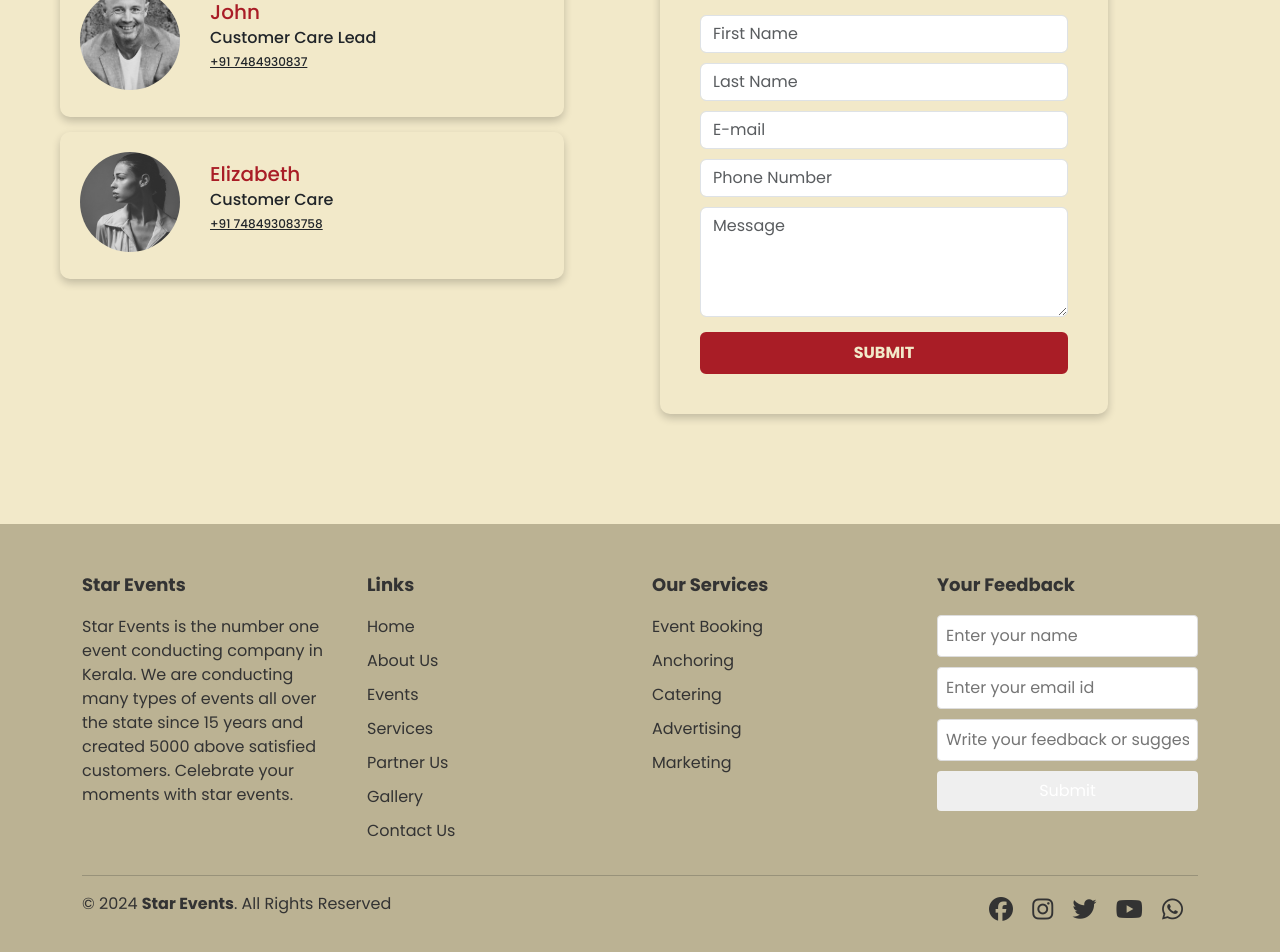
Repository: SharonSebastian32/Event-Management-System-
Page: index.html
These files come from the project's save history. The page is drawn as it stood at one moment and after a run of saves; the edit follows.
The browser window is 1280 px wide. The pictures show the part of the page from y = 4477 to 5429 px (the page is 5429 px tall).
A picture or video elsewhere on the page could not be fetched, so the positions and the page height are approximate. Some web libraries are served in a nearby version.

Above is the page before, as saved 2024-09-06 12:44:06.
Not found: assets/css/ContactUs.css

### index.html
<!DOCTYPE html>
<html lang="en">
  <head>
    <meta charset="UTF-8" />
    <meta name="viewport" content="width=device-width, initial-scale=1.0" />
    <link rel="icon" type="image/x-icon" href="./Assets/images/aa.png" />
    <title>Star Events</title>
    <link
      rel="stylesheet"
      href="https://cdnjs.cloudflare.com/ajax/libs/font-awesome/5.15.4/css/all.min.css"
    />
    <link rel="stylesheet" href="./Css/Styles.css" />

    <!-- conatct us  style -->
    <link rel="stylesheet" href="/assets/css/ContactUs.css" />
    <link
      href="https://cdn.jsdelivr.net/npm/bootstrap@5.3.0/dist/css/bootstrap.min.css"
      rel="stylesheet"
    />

    <!-- footer link  style   -->
    <link
      rel="stylesheet"
      href="https://cdnjs.cloudflare.com/ajax/libs/font-awesome/6.6.0/css/all.min.css"
      integrity="sha512-Kc323vGBEqzTmouAECnVceyQqyqdsSiqLQISBL29aUW4U/M7pSPA/gEUZQqv1cwx4OnYxTxve5UMg5GT6L4JJg=="
      crossorigin="anonymous"
      referrerpolicy="no-referrer"
    />
  </head>
  <body>
    <!-- hero section start -->
    <nav>
      <div class="nav-container">
        <div class="logo">
          <a href="#home">
            <img src="./Assets/images/aa.png" alt="Event Management Logo" />
          </a>
        </div>
        <ul class="nav-links">
          <li><a href="#home">HOME</a></li>
          <li><a href="#about">ABOUT US</a></li>
          <li><a href="#events-sect">EVENTS</a></li>
          <li><a href="#services">SERVICES</a></li>
          <li><a href="#partners us">PARTNERS US</a></li>
          <li><a href="#gallery">GALLERY</a></li>
          <li><a href="#contact-us">CONTACT US</a></li>
        </ul>
        <div class="sign-in">
          <a href="#login">SIGN IN</a>
        </div>
      </div>
    </nav>

    <!-- Section for Event Management Video -->
    <section class="video-section">
      <video autoplay muted loop>
        <source src="./Assets/videos/aa.mp4" type="video/mp4" />
        Your browser does not support the video tag.
      </video>
    </section>

    <!-- hero section end -->

    <!-- about us section  start-->
    <section id="about" class="about-us-section">
      <div class="about-container">
        <div class="about-text">
          <h2>ABOUT US</h2>
          <p>
            We are a leading event management company specializing in creating
            unforgettable experiences for our clients. With a team of passionate
            professionals, we bring ideas to life and turn your vision into
            reality.
          </p>
          <p>
            Whether it’s a corporate event, wedding, or private celebration, our
            attention to detail and personalized approach ensures that every
            event is a success.
          </p>
        </div>
        <div class="about-image">
          <img src="./Assets/images/about-us.jpg" alt="About Us" />
        </div>
      </div>
    </section>
    <!-- about us section  ends-->

    <!-- events section start -->

    <section id="events-sect" style="background-color: #f2e9c9">
      <center>
        <h1
          style="font-size: 45px; color: #a91d26; padding-top: 10px"
          data-aos="zoom-in"
        >
          EVENTS
        </h1>
        <form class="search-form" data-aos="flip-down">
          <input
            type="text"
            name="search"
            id="search"
            placeholder="Search events by name, category, price"
            data-aos="flip-down"
          />
          <button type="submit">Search</button>
        </form>
      </center>
      <div class="event-container" id="event-container">
        <!-- Event cards will be injected here by JavaScript -->
      </div>
      <div id="event-modal" class="modal" data-aos="fade-in">
        <div class="modal-content">
          <span class="close">&times;</span>
          <h2>Event Details</h2>
          <p id="event-description">Details will be displayed here.</p>
          <br />
          <a
            href="https://sharonsebastian32.github.io/razorpaypaymentgateway_implementation/"
            target="_blank"
          >
            <button class="view-details-btn">Register Now</button>
          </a>
        </div>
      </div>
    </section>

    <!-- events section end -->

    <!-- conatct us section -->
    <div class="container-fluid contact_us" id="contact-us">
      <h2>CONTACT-US</h2>
      <h6>Our team of customer care is ready to hear from you.</h6>

      <div class="row main_section">
        <div class="col-md-6 section1">
          <h3>Customer Care</h3>
          <p>
            Not sure where to start? Need help adding that extra mojo to your
            landing page? Just visit our
            <span>hepl center</span> or get in touch with us:
          </p>
          <div class="customer_care">
            <div class="customer_care_profile">
              <div class="profile_img">
                <img src="./Assets/images/men.jpg" alt="customer_care" />
              </div>
              <div class="profile_details">
                <h5>John</h5>
                <h6>Customer Care Lead</h6>
                <p>+91 7484930837</p>
              </div>
            </div>
            <div class="customer_care_profile">
              <div class="profile_img">
                <img src="./Assets/images/women.jpg" alt="customer_care" />
              </div>
              <div class="profile_details">
                <h5>Elizabeth</h5>
                <h6>Customer Care</h6>
                <p>+91 748493083758</p>
              </div>
            </div>
          </div>
        </div>
        <div class="col-md-6 section2">
          <h3>Reach out of us!</h3>
          <p>
            Got a question about us? Are you intereseted in partnering with us?
            Have some suggestions or just want to say Hi? Contact Us:
          </p>
          <form action="">
            <input
              class="form-control"
              type="text"
              name="first_name"
              placeholder="First Name"
              required
            />
            <input
              class="form-control"
              type="text"
              name="last_name"
              placeholder="Last Name"
              required
            />
            <input
              class="form-control"
              type="email"
              name="email"
              placeholder="E-mail"
              required
            />
            <input
              class="form-control"
              type="tel"
              name="phone"
              placeholder="Phone Number"
              required
            />
            <textarea
              class="form-control"
              name="message"
              id=""
              rows="4"
              placeholder="Message"
            ></textarea>
            <button class="btn">SUBMIT</button>
          </form>
        </div>
      </div>
    </div>
    <!-- contact us section -->

    <!-- footer section start -->
    <footer>
      <div class="container">
        <div class="row">
          <div class="col-md-3 footer-col">
            <h4>Star Events</h4>
            <p>
              Star Events is the number one event conducting company in Kerala.
              We are conducting many types of events all over the state since 15
              years and created 5000 above satisfied customers. Celebrate your
              moments with star events.
            </p>
          </div>

          <div class="col-md-3 footer-col">
            <h4>Links</h4>
            <ul>
              <li><a href="">Home</a></li>
              <li><a href="">About Us</a></li>
              <li><a href="">Events</a></li>
              <li><a href="">Services</a></li>
              <li><a href="">Partner Us</a></li>
              <li><a href="">Gallery</a></li>
              <li><a href="">Contact Us</a></li>
            </ul>
          </div>

          <div class="col-md-3 footer-col">
            <h4>Our Services</h4>
            <ul>
              <li>Event Booking</li>
              <li>Anchoring</li>
              <li>Catering</li>
              <li>Advertising</li>
              <li>Marketing</li>
            </ul>
          </div>

          <div class="col-md-3 footer-col">
            <h4>Your Feedback</h4>
            <form action="">
              <input
                type="text"
                placeholder="Enter your name"
                class="inputname"
              />
              <input
                type="email"
                placeholder="Enter your email id"
                class="inputemail"
              />
              <input
                type="text"
                placeholder="Write your feedback or suggestions"
                class="inputfs"
              />
              <input type="submit" value="Submit" class="inputSubmit" />
            </form>
          </div>
        </div>
        <hr />
        <div class="row">
          <div class="col-md-6">
            <p>&#169; 2024 <b>Star Events</b>. All Rights Reserved</p>
          </div>

          <div class="col-md-6 text-md-end socialIcons">
            <a href=""><i class="fab fa-facebook"></i></a>
            <a href=""><i class="fab fa-instagram"></i></a>
            <a href=""><i class="fab fa-twitter"></i></a>
            <a href=""><i class="fab fa-youtube"></i></a>
            <a href=""><i class="fab fa-whatsapp"></i></a>
          </div>
        </div>
      </div>
    </footer>
    <!-- footer setcion section end -->

    <script src="./Js/Scripts.js"></script>
    <script src="https://cdn.jsdelivr.net/npm/bootstrap@5.3.0/dist/js/bootstrap.bundle.min.js"></script>
  </body>
</html>

### Css/Styles.css
 @import url('https://fonts.googleapis.com/css2?family=Poppins:ital,wght@0,100;0,200;0,300;0,400;0,500;0,600;0,700;0,800;0,900;1,100;1,200;1,300;1,400;1,500;1,600;1,700;1,800;1,900&display=swap');

:root {
    --main-color: #d3ad7f;
    --black: #13131a;
    --bg: #010103;
    --border: .1rem solid rgba(255, 255, 255, .3);
}


body {
    margin: 0;
font-family: "Poppins"; }

nav {
    background-color: #f2e9c9;
    padding: 10px 20px;
}

.nav-container {
    display: flex;
    justify-content: space-between;
    align-items: center;
}

.logo img {
    height: 80px;
}

.nav-links {
    list-style-type: none;
    display: flex;
    margin: 0;
    padding: 0;
}

.nav-links li {
    margin: 0 20px;
}

.nav-links li a {
    color: #a91d26;
    text-decoration: none;
    font-weight: bold;
}

.nav-links li a:hover {
    color: #FFD700;
    /* Golden color */
}

.sign-in a {
    background-color: #FFD700;
    color: maroon;
    padding: 10px 20px;
    border-radius: 5px;
    text-decoration: none;
    font-weight: bold;
}

.sign-in a:hover {
    background-color: #FFA500;
    /* Darker golden shade */
    color: #233244;
}

/* Styling for Video Section */
.video-section {
    width: 100%;
    height: 100vh;
    /* Full viewport height */
    overflow: hidden;
    position: relative;
}

.video-section video {
    position: absolute;
    top: 0;
    left: 0;
    width: 100%;
    height: 100%;
    object-fit: cover;
    /* Ensures the video covers the entire container */
}





/* event css start */


 * {
     margin: 0;
     padding: 0;
     box-sizing: border-box;
     font-family: "Poppins";
 }


 body {
      background-color: rgb(255, 255, 220);
 }

 .event-container {
     display: flex;
     flex-direction: column;
     align-items: center;
     padding: 20px;
     width: 70%;

 }

 .event-card {
     display: flex;
     background-color: #ffffff;
     box-shadow: 0 4px 8px hwb(0 51% 46% / 0.926);
     border-radius: 10px;
     overflow: hidden;
     margin-bottom: 20px;
     width: 80%;
     max-width: 800px;
 }

 .event-card img {
     margin: 20px;
     width: 260px;
     height: 200px;
     object-fit: cover;
 }

 .event-details {
     padding: 20px;
     display: flex;
     flex-direction: column;
     justify-content: space-between;
 }

 .event-details h2 {
     font-size: 1.5em;
     margin-bottom: 10px;
 }

 .event-details p {
     margin-bottom: 8px;
     font-size: 0.95em;
 }

 .event-details a {
     color: #007BFF;
     text-decoration: none;
 }

 .event-details a:hover {
     text-decoration: underline;
 }

 .price,
 .date,
 .location {
     font-weight: bold;
 }

 .social-links a {
     margin-right: 10px;
     color: #555;
 }

 .social-links a:hover {
     color: #007BFF;
 }


 .search-form {
     display: flex;
     justify-content: center;
     align-items: center;
     margin: 20px 0;
 }

 .search-form input[type="text"] {
     padding: 10px;
     font-size: 16px;
     border: 2px solid #ccc;
     border-radius: 30px 0 0 30px;
     outline: none;
     width: 300px;
     transition: all 0.3s ease;
 }

 .search-form input[type="text"]:focus {
     border-color: #a91d26;
 }

 .search-form button {
     padding: 10px 20px;
     background-color: #a91d26;
     color: white;
     border: none;
     border-radius: 0 30px 30px 0;
     cursor: pointer;
     font-size: 16px;
     transition: background-color 0.3s ease;
 }

 .search-form button:hover {
     background-color: #480606;
 }

 .search-form button:focus {
     outline: none;
 }

 .view-details-btn {
     background-color: red;
     /* Red background */
     color: white;
     /* White text */
     padding: 5px 10px;
     /* Smaller padding */
     border: none;
     /* No border */
     cursor: pointer;
     /* Pointer on hover */
     font-size: 14px;
     /* Smaller font size */
     border-radius: 3px;
     /* Slightly rounded corners */
     margin-top: 10px;
     /* Margin at the top */
     transition: background-color 0.3s ease;
     /* Smooth hover transition */
 }

 .view-details-btn:hover {
     background-color: darkred;
     /* Darker red on hover */
 }



 /* The Modal (background) */
 .modal {
     display: none;
     /* Hidden by default */
     position: fixed;
     /* Stay in place */
     z-index: 1;
     /* Sit on top */
     left: 0;
     top: 0;
     width: 100%;
     /* Full width */
     height: 100%;
     /* Full height */
     background-color: rgba(0, 0, 0, 0.5);
     /* Black background with opacity */
 }

 /* Modal Content */
 .modal-content {
     background-color: white;
     margin: 10% auto;
     padding: 20px;
     border: 1px solid #888;
     width: 1000px;
     height: 400px;
     position: relative;
     box-shadow: 0 4px 8px rgba(0, 0, 0, 0.2);
 }

 /* Close Button */
 .close {
     color: #aaa;
     float: right;
     font-size: 28px;
     font-weight: bold;
     cursor: pointer;
 }

 .close:hover,
 .close:focus {
     color: black;
     text-decoration: none;
     cursor: pointer;
 }

/* event css end */



/* contact css start */
@import url('https://fonts.googleapis.com/css2?family=SUSE:wght@100..800&display=swap');

:root {
    --primary-color: #f2e9c9;
    --secondary-color: #233244;
    --ternay-color: #a91d26;
    --primary-font: "SUSE", sans-serif;
}

body {
    margin: 0;
    padding: 0;
    box-sizing: border-box;
    font-family: var(--primary-font);
}

.contact_us {
    background-color: var(--primary-color);
    min-height: 100vh;
    padding: 40px !important;
}

.contact_us>h2 {
    text-align: center;
    color: var(--ternay-color);
    font-weight: 700;
    letter-spacing: 3px;

}

.contact_us>h6 {
    text-align: center;
    color: var(--secondary-color);

}

.contact_us>.main_section {
    margin: 30px 0px;
    padding: 30px 0px;
}

.main_section>.section1 {
    padding: 10px 20px;
}

.main_section>.section1>h3 {
    color: var(--ternay-color);
    font-weight: 700;
}

.main_section>.section1>p {
    color: var(--secondary-color);
    font-weight: 400;
    font-size: 14px;
    max-width: 90%;
    margin-bottom: 30px;
}

.customer_care>.customer_care_profile {
    display: flex;
    padding: 20px;
    border-radius: 10px;
    margin: 15px 0px;
    max-width: 90%;
    box-shadow: 0px 4px 8px rgba(0, 0, 0, 0.2);
    cursor: pointer;
}

.customer_care>.customer_care_profile>.profile_img {
    margin-right: 30px;
    border-radius: 50%;
    width: 100px;
    height: 100px;
    overflow: hidden;

}

.customer_care>.customer_care_profile>.profile_img>img {
    object-fit: cover;
    width: 100%;
    height: 100%;
    filter: grayscale();
}

.customer_care>.customer_care_profile>.profile_details {
    margin: 10px 0px;
}

.customer_care>.customer_care_profile>.profile_details>h5 {
    color: var(--ternay-color);
    font-size: 20px;
    font-weight: 500;
    margin-bottom: 4px;
}

.customer_care>.customer_care_profile>.profile_details>h6 {
    margin-bottom: 6px;
    font-size: 16px;
}

.customer_care>.customer_care_profile>.profile_details>p {
    font-size: 12px;
    font-weight: 500;
    text-decoration: underline;

}

.main_section>.section2 {
    padding: 10px 20px;
}

.main_section>.section2>h3 {
    color: var(--ternay-color);
    font-weight: 700;
}

.main_section>.section2>p {
    color: var(--secondary-color);
    font-weight: 400;
    font-size: 14px;
    max-width: 90%;
    margin-bottom: 30px;
}

.main_section>.section2>form {
    display: flex;
    flex-direction: column;
    max-width: 80%;
    box-shadow: 0px 4px 8px rgba(0, 0, 0, 0.2);
    padding: 40px;
    border-radius: 10px;
}

.main_section>.section2>form>input {
    margin: 5px 0px;

}

.main_section>.section2>form>textarea {
    margin: 5px 0px;

}

.main_section>.section2>form>button {
    background-color: var(--ternay-color);
    color: var(--primary-color);
    margin-top: 10px;
    border: 2px solid var(--ternay-color);
    font-weight: bold;
    padding: 7px;
    transition: 0.4s ease-in-out;

}

.main_section>.section2>form>button:hover {
    background-color: var(--primary-color);
    color: var(--ternay-color);
}
 /* contact css end */




   /* About Us Section Styling */
   .about-us-section {
       display: flex;
       align-items: center;
       justify-content: center;
       padding: 50px 20px;
       background-color: #efefef;
   }

   .about-container {
       display: flex;
       flex-direction: row;
       align-items: center;
       justify-content: space-between;
       max-width: 1200px;
       width: 100%;
   }

   .about-text {
       flex: 1;
       margin-right: 20px;
       max-width: 600px;
       /* Limits the width of the text block */
   }

   .about-text h2 {
       font-size: 2.5rem;
       color: #333;
   }

   .about-text p {
       font-size: 1.1rem;
       color: #555;
       line-height: 1.6;
       text-align: justify;
       /* Makes the paragraph text aligned in a block */
       margin-bottom: 20px;
       /* Consistent space between paragraphs */
   }

   .about-image {
       flex: 1;
       text-align: right;
   }

   .about-image img {
       max-width: 100%;
       height: auto;
       border-radius: 10px;
   }




   /* footer section */
           footer {
               background-color: #bbb293;
               padding: 50px 0 20px;
               color: #333;
           }

           .footer-col h4 {
               font-size: 18px;
               font-weight: bold;
               margin-bottom: 20px;
           }

           .footer-col ul {
               list-style-type: none;
               padding-left: 0;
           }

           .footer-col ul li {
               margin-bottom: 10px;
           }

           .footer-col ul li a {
               color: #333;
               text-decoration: none;
           }

           .footer-col ul li a:hover {
               color: #007bff;
           }

           .footer-col input {
               width: 100%;
               margin-bottom: 10px;
               padding: 8px;
               border: 1px solid #ddd;
               border-radius: 4px;
           }

           .footer-col .inputSubmit {

          color: var(--primary-color);
                   color: white;
               border: none;
               cursor: pointer;
           }

           .footer-col .inputSubmit:hover {
               background-color: #0056b3;
           }

           hr {
               margin: 30px 0;
           }

           .socialIcons a {
               color: #333;
               font-size: 24px;
               margin-right: 15px;
           }

           .socialIcons a:hover {
               color: #007bff;
           }

           @media (max-width: 767px) {
               .footer-col {
                   margin-bottom: 30px;
               }
           }

### Js/Scripts.js
document.addEventListener("DOMContentLoaded", () => {
  fetch("../json/events.json")
    .then((response) => response.json())
    .then((data) => renderEvents(data))
    .catch((error) => console.error("Error loading events:", error));

  const modal = document.getElementById("event-modal");
  const closeBtn = document.querySelector(".close");

  closeBtn.onclick = function () {
    modal.style.display = "none";
  };

  window.onclick = function (event) {
    if (event.target === modal) {
      modal.style.display = "none";
    }
  };
});

function renderEvents(events) {
  const eventContainer = document.getElementById("event-container");
  events.forEach((event) => {
    const eventCard = document.createElement("div");
    eventCard.classList.add("event-card");

    eventCard.innerHTML = `
      <img src="${event.thumbnail}" alt="${event.eventName}">
      <div class="event-details">
        <h2>${event.eventName}</h2>
        <p class="date"><strong>Date:</strong> ${new Date(
          event.date
        ).toLocaleDateString()}</p>
        <p class="time"><strong>Time:</strong> ${new Date(
          event.startTime
        ).toLocaleTimeString()} - ${new Date(
      event.endTime
    ).toLocaleTimeString()}</p>
        <p class="location"><strong>Location:</strong> ${
          event.location.venueName
        }, ${event.location.city}, ${event.location.state}, ${
      event.location.country
    }</p>
        <p class="price"><strong>Price:</strong> ₹${event.price.basePrice}</p>
        <button class="view-details-btn">View Details</button>
      </div>
    `;

    eventContainer.appendChild(eventCard);

    const viewDetailsBtn = eventCard.querySelector(".view-details-btn");
    viewDetailsBtn.addEventListener("click", () => {
      document.getElementById(
        "event-description"
      ).textContent = `More details about ${event.eventName}...`;
      document.getElementById("event-modal").style.display = "block";
    });
  });
}

Loaded but not shown: json/events.json (837 lines, source omitted)

After the next 4 saves:
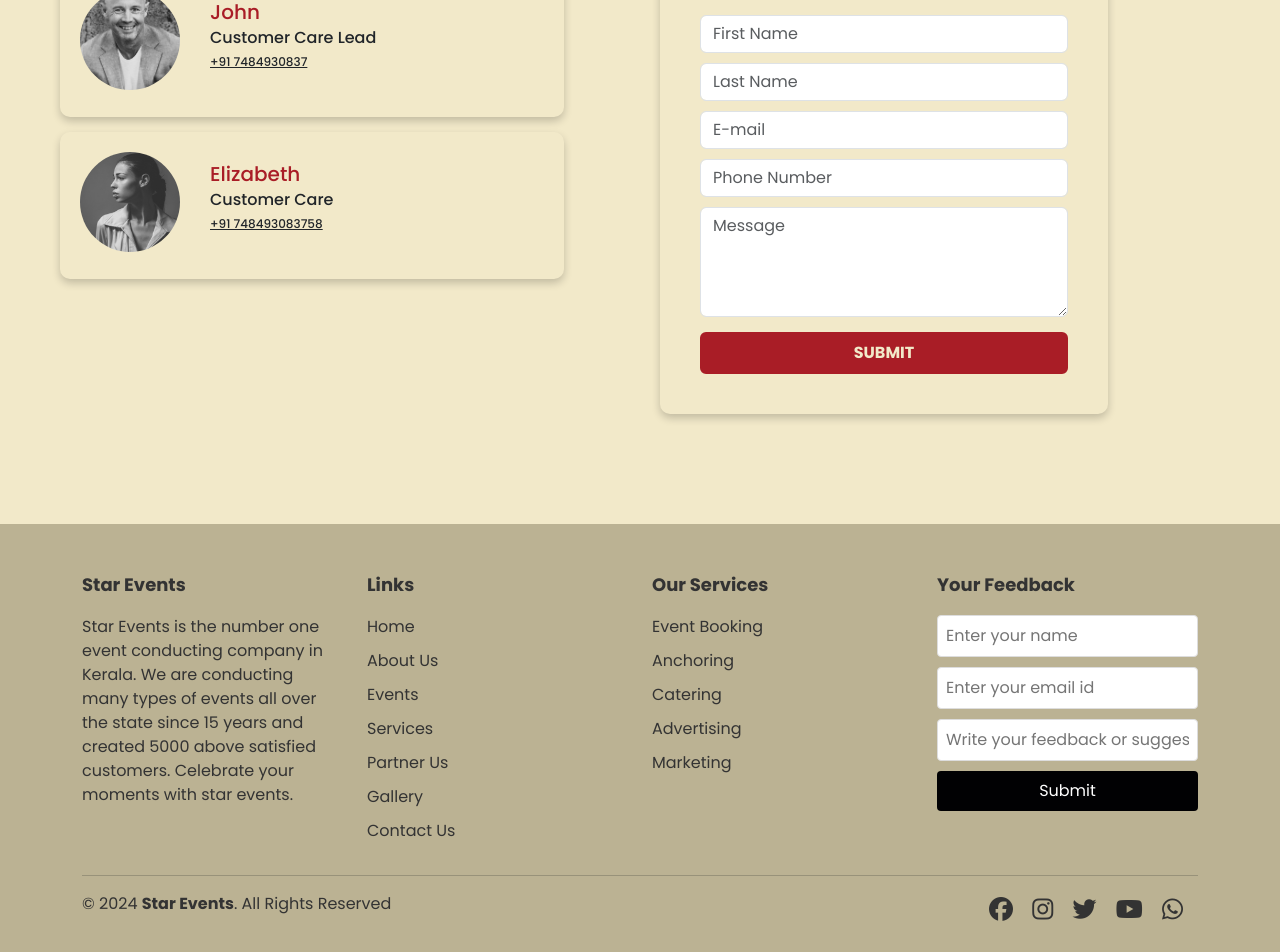
The 4 saves are shown as one change because they came seconds apart.
The last was saved 10 s later.
--- a/Css/Styles.css
+++ b/Css/Styles.css
@@ -547,7 +547,7 @@
            }
 
            .footer-col .inputSubmit {
-
+             background-color: #010103;
           color: var(--primary-color);
                    color: white;
                border: none;
